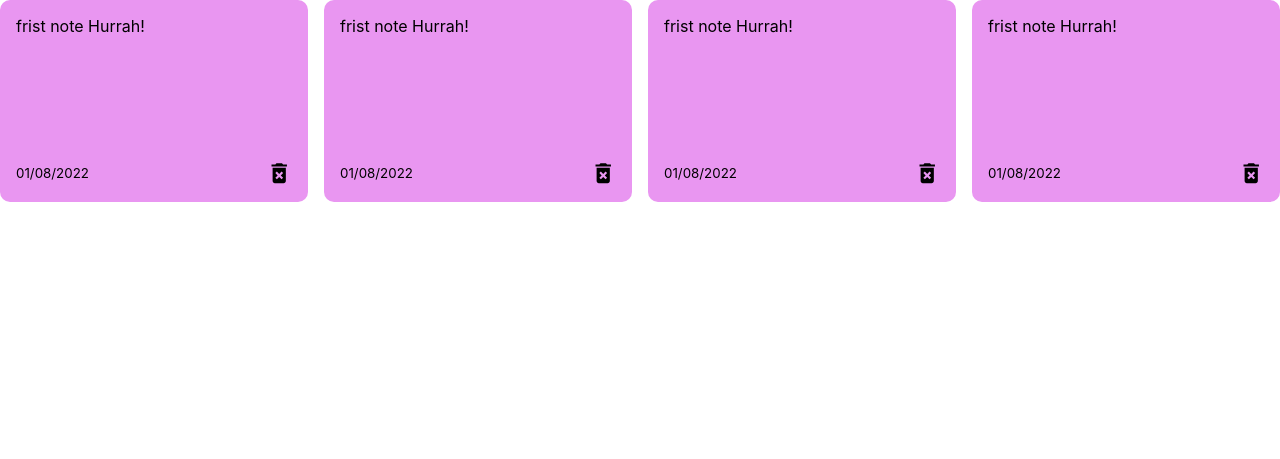
Repository: DeraBola/react-notes-app
Page: /
An editor plug-in stored every save of this project. The page is shown before and after the next save, followed by the edit.
The browser window is 1280 px wide. The pictures show the whole page.
The project was rebuilt for these pictures with package versions that can differ from the ones it lists, and the page was loaded fresh each time.

Above is the page before, as saved 2022-08-01 12:18:10.

After the next save:
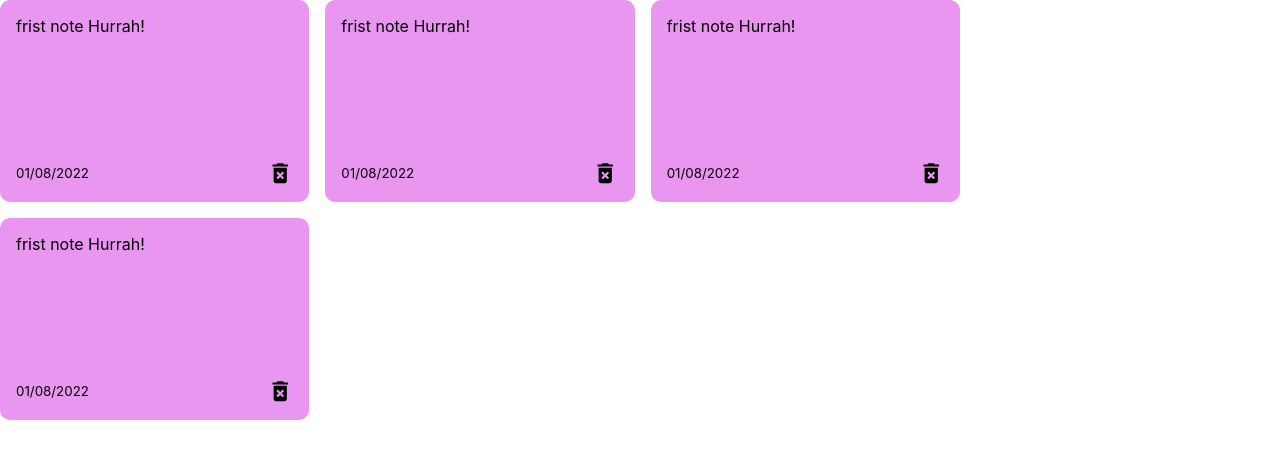
Saved 7 s later.
--- a/src/index.css
+++ b/src/index.css
@@ -10,7 +10,7 @@ code {
 }
 
 .container {
-    max-width: ;
+    max-width: 960px;
 }
 
 .notes-list {
